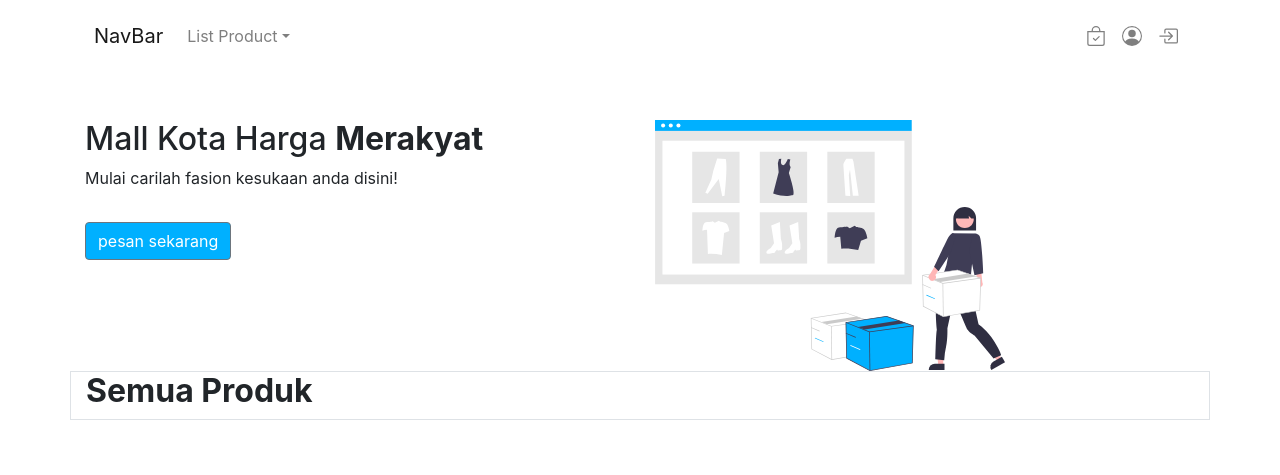
Repository: AHSANS354/ecommerce-catalog
Page: /
These files come from the project's save history. The page is drawn as it stood at one moment and after the next save; the edit follows.
The browser window is 1280 px wide. The pictures show the whole page.
The page's requests for data from a server got no answer. The project was rebuilt for these pictures with package versions that can differ from the ones it lists, and the page was loaded fresh each time. No one was signed in, and anything a server would have sent is missing. Also part of the build but not shown: vue.config.js, src/components/CardProduct.vue.

Above is the page before, as saved 2023-03-01 22:19:08.

### src/main.js
import Vue from "vue";
import App from "./App.vue";
import router from "./router";
import { BootstrapVue, IconsPlugin } from "bootstrap-vue";
// Import Bootstrap and BootstrapVue CSS files (order is important)
import "bootstrap/dist/css/bootstrap.css";
import "bootstrap-vue/dist/bootstrap-vue.css";
import "./assets/style/main.css";

// Make BootstrapVue available throughout your project
Vue.use(BootstrapVue);
// Optionally install the BootstrapVue icon components plugin
Vue.use(IconsPlugin);

Vue.config.productionTip = false;

new Vue({
  router,
  render: (h) => h(App),
}).$mount("#app");

### src/App.vue
<template>
  <div id="app">
    <router-view />
  </div>
</template>

### src/assets/style/main.css
.btn.btn-secondary {
  background-color: #00b0ff !important;
}

.card-img-top {
  height: 18rem;
}

.card {
  padding: 2rem;
}

.deskripsi {
  display: -webkit-box;
  -webkit-line-clamp: 3;
  -webkit-box-orient: vertical;
  overflow: hidden;
  text-overflow: ellipsis;
}

.title {
  display: -webkit-box;
  -webkit-line-clamp: 2;
  -webkit-box-orient: vertical;
  overflow: hidden;
  text-overflow: ellipsis;
}

### src/views/HomeView.vue
<template>
  <div class="home">
    <navbar-view />
    <div class="container mt-5">
      <div class="row">
        <div class="col-md-6">
          <h2>Mall Kota Harga <strong>Merakyat</strong></h2>
          <p>Mulai carilah fasion kesukaan anda disini!</p>

          <b-button class="mt-3"> pesan sekarang </b-button>
        </div>
        <div class="col-md-6">
          <img
            src="../assets/images/undraw_web_shopping_re_owap.svg"
            alt="foto"
            width="350"
          />
        </div>
      </div>

      <div class="row border">
        <div class="col-md-6">
          <h2><strong>Semua Produk</strong></h2>
        </div>
      </div>

      <div class="row">
        <div class="col-md-4" v-for="product in products" :key="product.id">
          <card-product :product="product" />
        </div>
      </div>
    </div>
  </div>
</template>

<script>
import NavbarView from "@/components/NavbarView.vue";
import CardProduct from "@/components/CardProduct.vue";
import axios from "axios";
// @ is an alias to /src

export default {
  name: "HomeView",
  components: {
    NavbarView,
    CardProduct,
  },
  data() {
    return {
      products: [],
    };
  },
  methods: {
    setProduct(data) {
      this.products = data;
    },
  },
  mounted() {
    axios
      .get("https://fakestoreapi.com/products")
      .then((response) => this.setProduct(response.data))
      .catch((error) => console.log(error));
  },
};
</script>

### src/components/NavbarView.vue
<template>
  <div class="container p-2">
    <b-navbar toggleable="lg" type="light">
      <router-link class="navbar-brand" to="/">NavBar</router-link>

      <b-navbar-toggle target="nav-collapse"></b-navbar-toggle>

      <b-collapse id="nav-collapse" is-nav>
        <b-navbar-nav>
          <b-nav-item-dropdown text="List Product" right>
            <router-link class="dropdown-item" to="/">EN</router-link>
            <router-link class="dropdown-item" to="/">ES</router-link>
            <router-link class="dropdown-item" to="/">RU</router-link>
            <router-link class="dropdown-item" to="/">FA</router-link>
          </b-nav-item-dropdown>
        </b-navbar-nav>

        <!-- Right aligned nav items -->
        <b-navbar-nav class="ml-auto">
          <router-link to="/"
            ><b-nav-item><b-icon-bag-check></b-icon-bag-check></b-nav-item
          ></router-link>
          <router-link to="/"
            ><b-nav-item
              ><b-icon-person-circle></b-icon-person-circle></b-nav-item
          ></router-link>
          <router-link to="/"
            ><b-nav-item
              ><b-icon-box-arrow-in-right></b-icon-box-arrow-in-right></b-nav-item
          ></router-link>
        </b-navbar-nav>
      </b-collapse>
    </b-navbar>
  </div>
</template>

<script>
export default {
  name: "NavbarView",
};
</script>

<style>
</style>

Loaded but not shown: public/index.html (common file); src/router/index.js (common file)

After the next save:
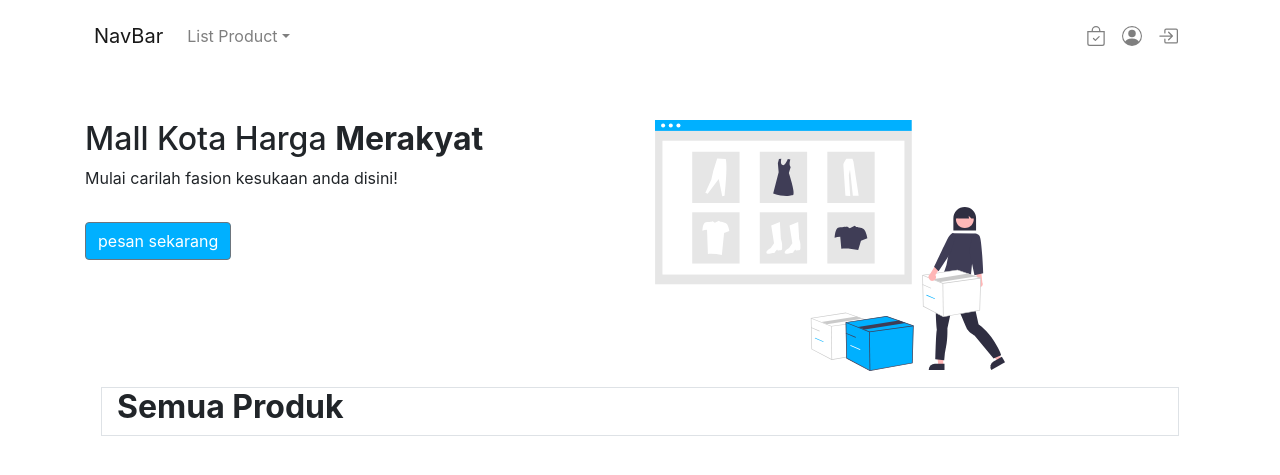
Saved 12 s later.
--- a/src/views/HomeView.vue
+++ b/src/views/HomeView.vue
@@ -18,7 +18,7 @@
         </div>
       </div>
 
-      <div class="row border">
+      <div class="row border m-3">
         <div class="col-md-6">
           <h2><strong>Semua Produk</strong></h2>
         </div>
